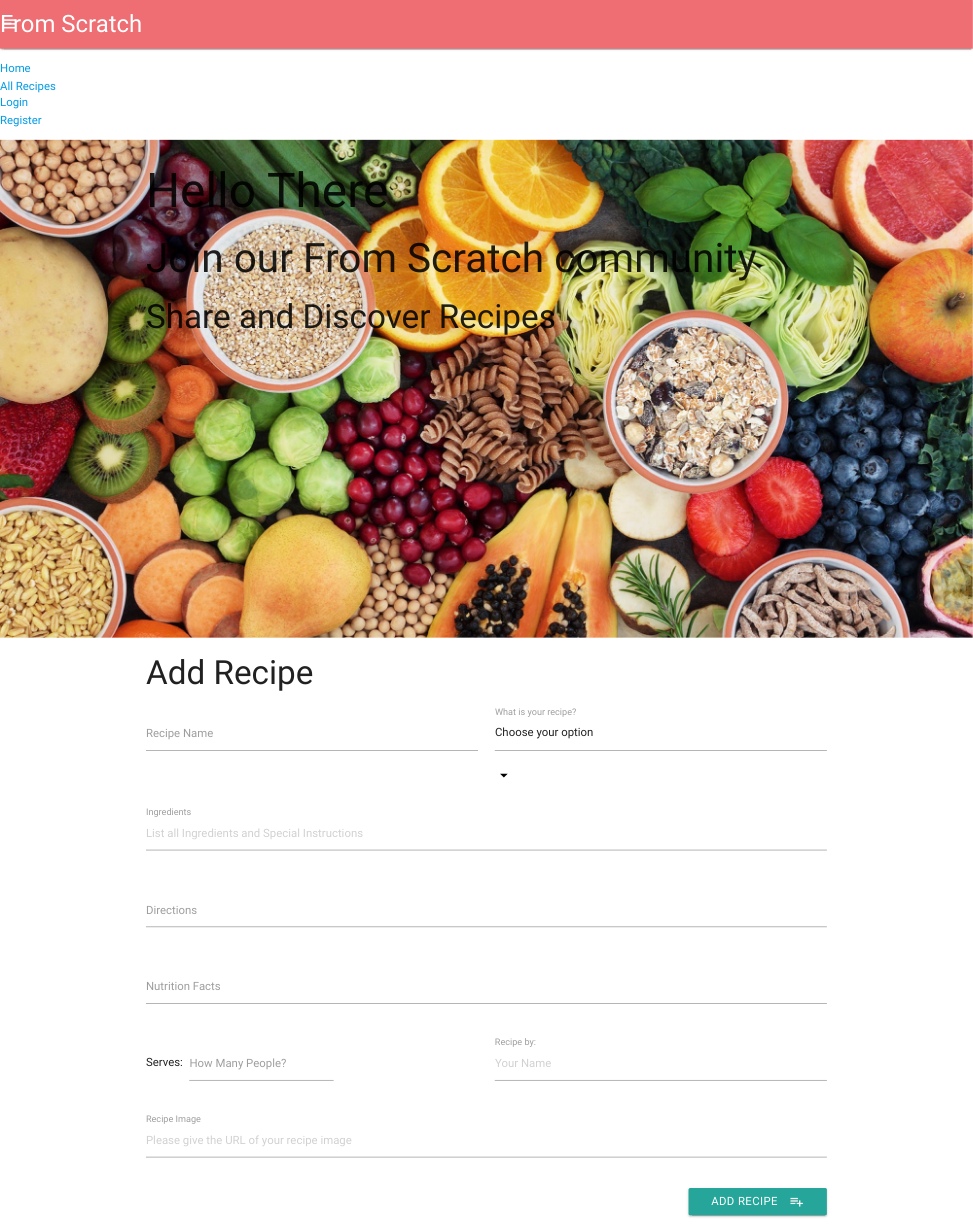
Repository: callendera/MilestoneProject3
Page: http://localhost/
The author's editor kept a record of every edit. The page is drawn from the files as they stood at one moment, then again after the next edit.
The browser window is 1280 px wide. The pictures show the whole page, at 76% of full size.
Backgrounds fixed to the window are drawn as part of the page. The page is served by the project's application, run on Flask 3 (recipe.py). Queries for data that is not in the repository find no rows.

Above is the page before.

After the next edit:
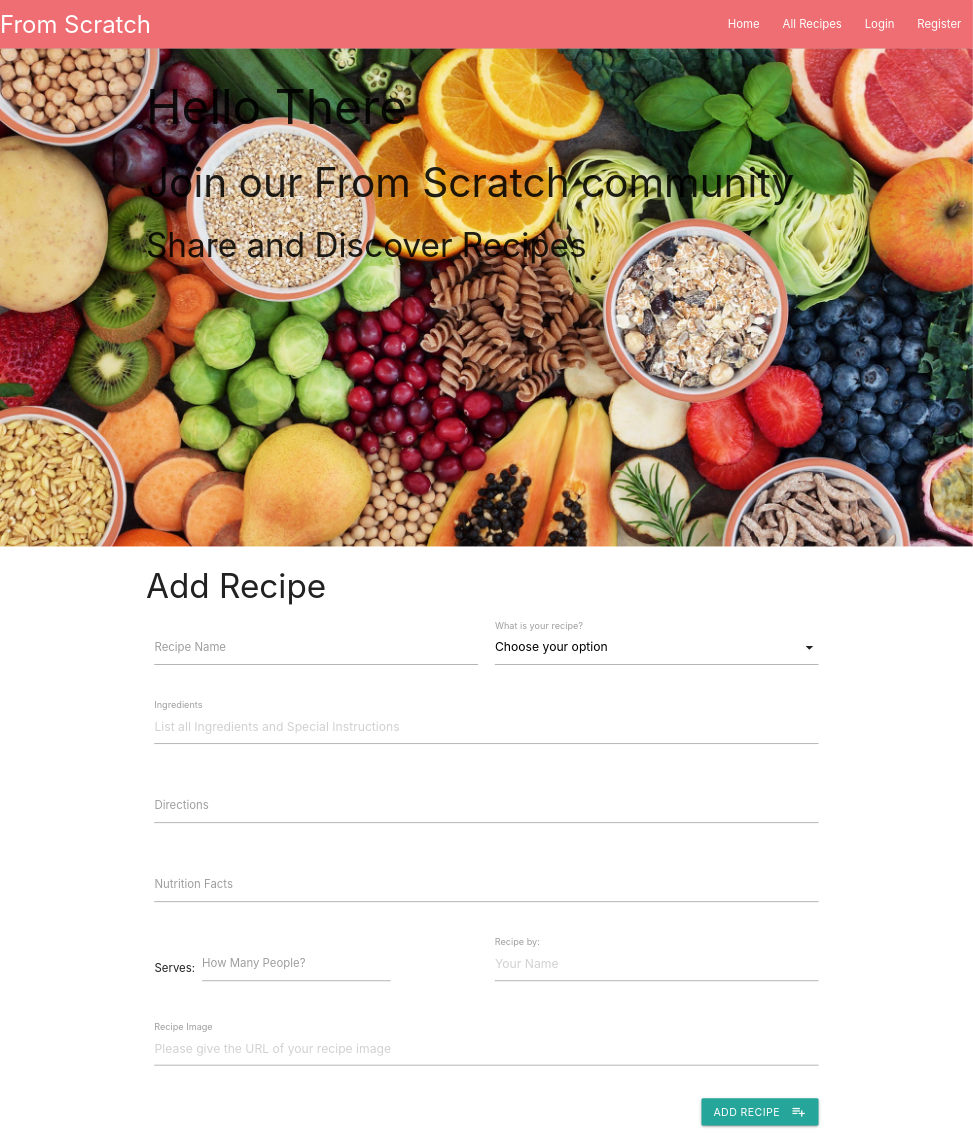
The edit:
--- a/templates/base.html
+++ b/templates/base.html
@@ -6,7 +6,7 @@
     <!--link for Icons in Materialize-->
 
     <!--JQuery needs to be active before Materialize can render its' data-->
-    <link rel="stylesheet" href="https://cdnjs.cloudflare.com/ajax/libs/materialize/0.100.2/css/materialize.min.css">
+    <link rel="stylesheet" href="https://cdnjs.cloudflare.com/ajax/libs/materialize/1.0.0/css/materialize.min.css">
     <link rel="stylesheet" href="{{url_for('static',filename='css/style.css')}}" type="text/css" />
 </head>
 
